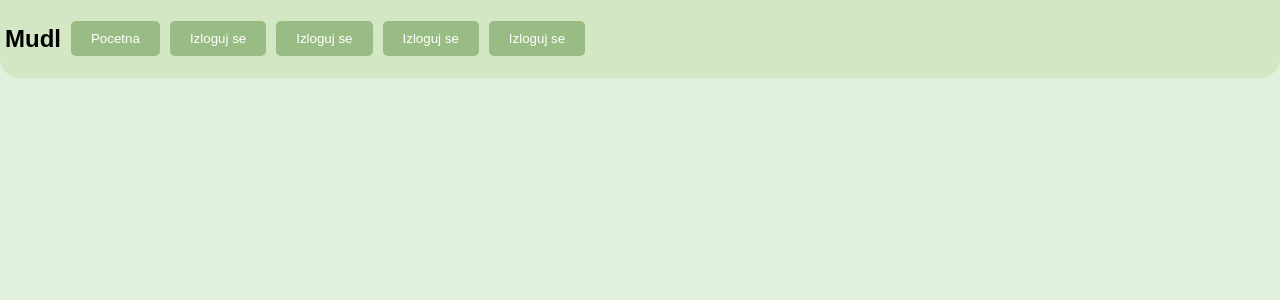
Repository: MarkoKillin/RazvojInformacionihSistemaProjekat
Page: http://localhost/MudlWeb/headers/admin_header.jsp
The author's editor kept a copy of each file at every save. The page is drawn from the files as they stood at one save, then again after the next save.
The browser window is 1280 px wide. The pictures show the whole page.
The page is served by Tomcat 10. Other server files are loaded and not shown.

Above is the page before, as saved 2024-01-28 17:44:34.

### MudlWeb/src/main/webapp/headers/admin_header.jsp
<%@ page language="java" contentType="text/html; charset=UTF-8"
	pageEncoding="UTF-8"%>
<!DOCTYPE html>
<html lang="en">
<head>
<meta charset="UTF-8">
<meta name="viewport" content="width=device-width, initial-scale=1.0">
<title>Admin Mudl</title>
<link rel="stylesheet" type="text/css"
	href="${pageContext.request.contextPath}/css/styles.css">
</head>
<body>

	<header>
		<h2>Mudl</h2>
		<a href="/Mudl/admin/home"><button>Pocetna</button></a>
		<a href="/Mudl/logout"><button>Izloguj se</button></a>
		<a href="/Mudl/logout"><button>Izloguj se</button></a>
		<a href="/Mudl/logout"><button>Izloguj se</button></a>
		<a href="/Mudl/logout"><button>Izloguj se</button></a>

	</header>

</body>
</html>

### MudlWeb/src/main/webapp/css/styles.css
@charset "UTF-8";

:root {
	--primary-color: #E1F0DA;
	--secondary-color: #D4E7C5;
	--accent-color: #BFD8AF;
	--highlight-color: #99BC85;
}

body {
	font-family: 'Arial', sans-serif;
	background-color: var(--primary-color);
	color: black;
	height: 100vh;
	margin: 0%;
}

header {
	background-color: var(--secondary-color);
	padding: 5px;
	display: flex;
	flex-direction: row;
	align-items: center;
	border-bottom-left-radius: 20px;
	border-bottom-right-radius: 20px;
}

header nav {
        display: flex;
        justify-content: right;
    }

footer {
	background-color: var(--secondary-color);
	padding: 10px;
	text-align: center;
	position: fixed;
	bottom: 0;
	width: 100%;
}


button {
	background-color: var(--highlight-color);
	color: white;
	padding: 10px 20px;
	border: none;
	border-radius: 5px;
	cursor: pointer;
	margin-left: 10px;
}

button:hover {
	background-color: var(--primary-color);
	color: black;
}

After the next save:
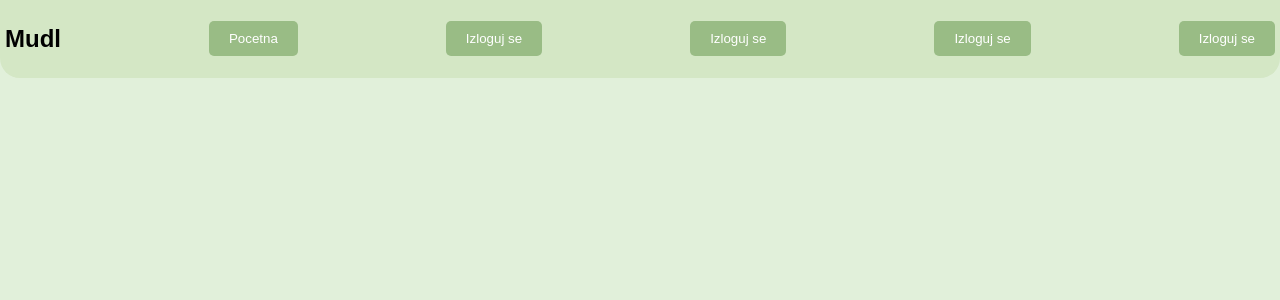
Saved 52 s later.
--- a/MudlWeb/src/main/webapp/css/styles.css
+++ b/MudlWeb/src/main/webapp/css/styles.css
@@ -20,15 +20,16 @@ header {
 	padding: 5px;
 	display: flex;
 	flex-direction: row;
+	justify-content: space-between;
 	align-items: center;
 	border-bottom-left-radius: 20px;
 	border-bottom-right-radius: 20px;
 }
 
 header nav {
-        display: flex;
-        justify-content: right;
-    }
+    display: flex;
+    justify-content: right;
+}
 
 footer {
 	background-color: var(--secondary-color);
